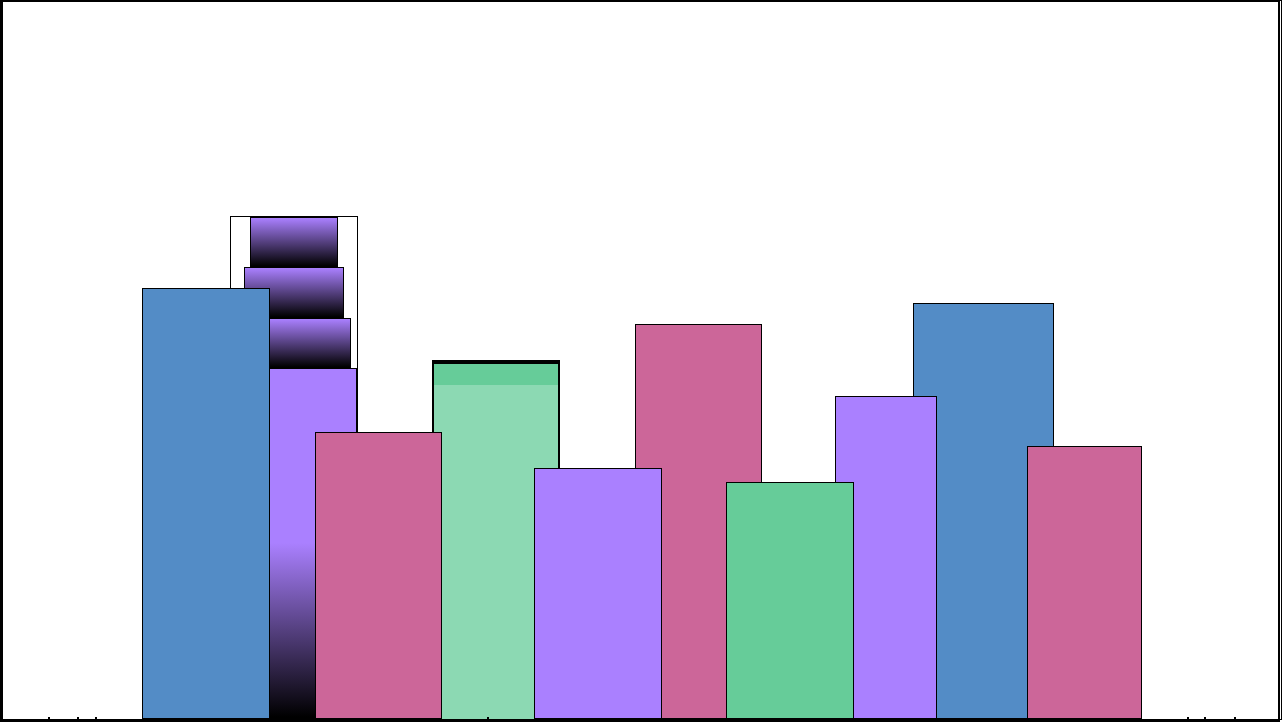
Repository: Lungdjos/city_skyline
Page: index.html
These files come from the project's save history. The page is drawn as it stood at one moment and after the next save; the edit follows.
The browser window is 1280 px wide. The page is 1282 px wide, so the pictures cover 1282 px, including what lies to the right of the window. The pictures show the whole page.

Above is the page before, as saved 2023-12-11 21:52:38.

After the next save:
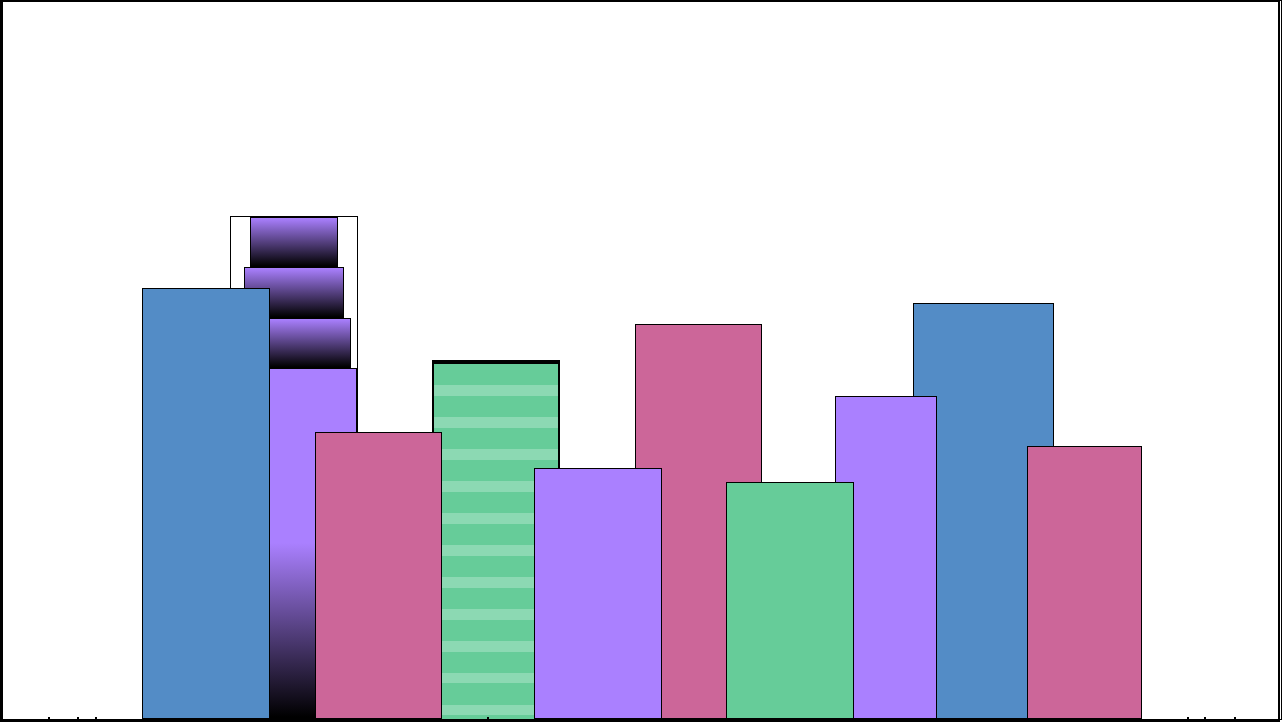
Saved 108 s later.
--- a/styles.css
+++ b/styles.css
@@ -72,7 +72,7 @@ body {
 .bb2b {
     width: 100%;
     height: 100%;
-    background: linear-gradient(var(--building-color2) 0%, var(--building-color2) 6%, var(--window-color2) 6%, var(--window-color2) 9%);
+    background: repeating-linear-gradient(var(--building-color2) 0%, var(--building-color2) 6%, var(--window-color2) 6%, var(--window-color2) 9%);
 }
 
 .bb3 {
